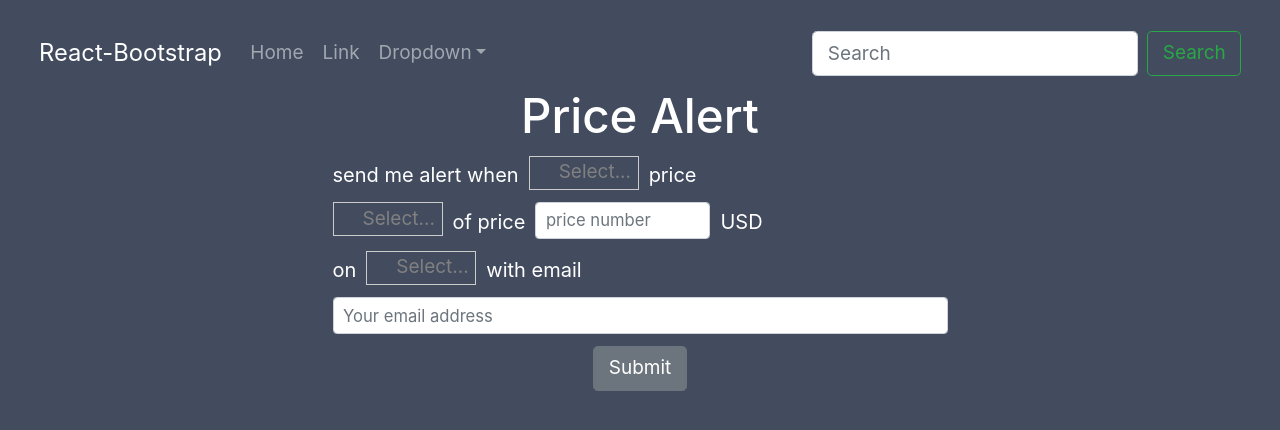
Repository: flychicken123/PriceAlertFront
Page: /
An editor plug-in stored every save of this project. The page is shown before and after the next save, followed by the edit.
The browser window is 1280 px wide. The pictures show the whole page.
The page's requests for data from a server got no answer. The project was rebuilt for these pictures with package versions that can differ from the ones it lists, and the page was loaded fresh each time. No one was signed in, and anything a server would have sent is missing. Also part of the build but not shown: src/App.css.

Above is the page before, as saved 2021-03-07 16:05:52.

After the next save:
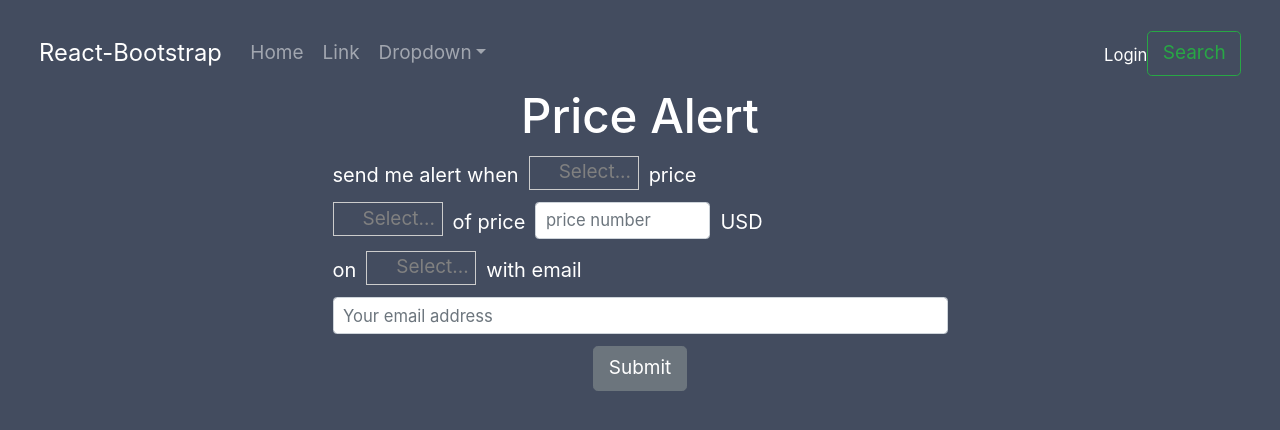
Saved 56 s later.
--- a/src/components/TopNavbar.jsx
+++ b/src/components/TopNavbar.jsx
@@ -22,7 +22,7 @@ const TopNavbar = () => {
                         </NavDropdown>
                     </Nav>
                     <Form inline>
-                        <FormControl type="text" placeholder="Search" className="mr-sm-2" />
+                        <Form.Text onClick={handleShow}>Login</Form.Text>
                         <Button variant="outline-success">Search</Button>
                     </Form>
                 </Navbar.Collapse>
